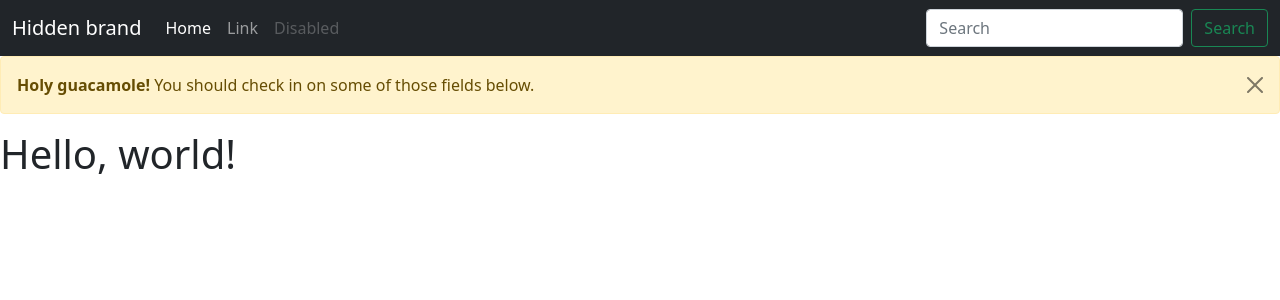
Repository: ritikalohia/Django-beginners-
Page: textutiles/templates/index.html
These files come from the project's save history. The page is drawn as it stood at one moment and after the next save; the edit follows.
The browser window is 1280 px wide. The pictures show the whole page.

Above is the page before, as saved 2021-05-22 19:32:49.

### textutiles/templates/index.html
<!doctype html>
<html lang="en">
  <head>
    <!-- Required meta tags -->
    <meta charset="utf-8">
    <meta name="viewport" content="width=device-width, initial-scale=1">

    <!-- Bootstrap CSS -->
    <link href="https://cdn.jsdelivr.net/npm/bootstrap@5.0.1/dist/css/bootstrap.min.css" rel="stylesheet" integrity="sha384-+0n0xVW2eSR5OomGNYDnhzAbDsOXxcvSN1TPprVMTNDbiYZCxYbOOl7+AMvyTG2x" crossorigin="anonymous">

    <title>i'mhere</title>
    </head>
    <body>
    <nav class="navbar navbar-expand-lg navbar-dark bg-dark">
    <div class="container-fluid">
    <button class="navbar-toggler" type="button" data-bs-toggle="collapse" data-bs-target="#navbarTogglerDemo01" aria-controls="navbarTogglerDemo01" aria-expanded="false" aria-label="Toggle navigation">
      <span class="navbar-toggler-icon"></span>
    </button>
    <div class="collapse navbar-collapse" id="navbarTogglerDemo01">
      <a class="navbar-brand" href="#">Hidden brand</a>
      <ul class="navbar-nav me-auto mb-2 mb-lg-0">
        <li class="nav-item">
          <a class="nav-link active" aria-current="page" href="#">Home</a>
        </li>
        <li class="nav-item">
          <a class="nav-link" href="#">Link</a>
        </li>
        <li class="nav-item">
          <a class="nav-link disabled" href="#" tabindex="-1" aria-disabled="true">Disabled</a>
        </li>
      </ul>
      <form class="d-flex">
        <input class="form-control me-2" type="search" placeholder="Search" aria-label="Search">
        <button class="btn btn-outline-success" type="submit">Search</button>
      </form>
    </div>
    </div>
    </nav>
    <div class="alert alert-warning alert-dismissible fade show" role="alert">
        <strong>Holy guacamole!</strong> You should check in on some of those fields below.
        <button type="button" class="btn-close" data-bs-dismiss="alert" aria-label="Close"></button>
    </div>
    <h1>Hello, world!</h1>

    <!-- Optional JavaScript; choose one of the two! -->

    <!-- Option 1: Bootstrap Bundle with Popper -->
    <script src="https://cdn.jsdelivr.net/npm/bootstrap@5.0.1/dist/js/bootstrap.bundle.min.js" integrity="sha384-gtEjrD/SeCtmISkJkNUaaKMoLD0//ElJ19smozuHV6z3Iehds+3Ulb9Bn9Plx0x4" crossorigin="anonymous"></script>

    <!-- Option 2: Separate Popper and Bootstrap JS -->
    <!--
    <script src="https://cdn.jsdelivr.net/npm/@popperjs/core@2.9.2/dist/umd/popper.min.js" integrity="sha384-IQsoLXl5PILFhosVNubq5LC7Qb9DXgDA9i+tQ8Zj3iwWAwPtgFTxbJ8NT4GN1R8p" crossorigin="anonymous"></script>
    <script src="https://cdn.jsdelivr.net/npm/bootstrap@5.0.1/dist/js/bootstrap.min.js" integrity="sha384-Atwg2Pkwv9vp0ygtn1JAojH0nYbwNJLPhwyoVbhoPwBhjQPR5VtM2+xf0Uwh9KtT" crossorigin="anonymous"></script>
    -->
  </body>
</html>

After the next save:
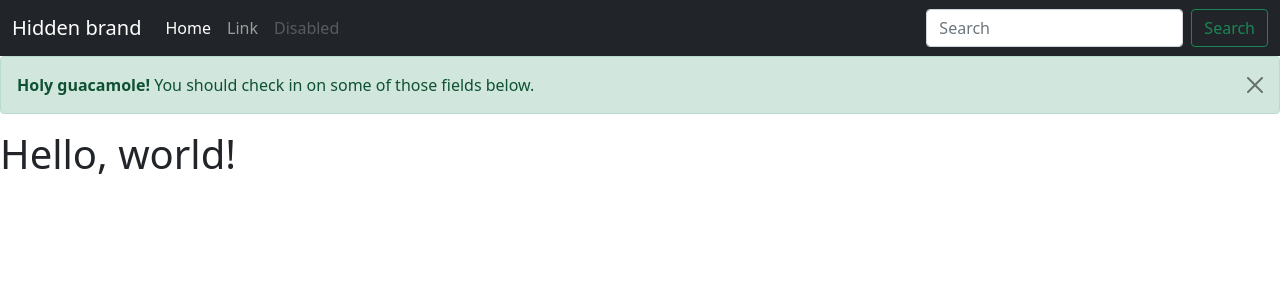
Saved 16 s later.
--- a/textutiles/templates/index.html
+++ b/textutiles/templates/index.html
@@ -36,7 +36,7 @@
     </div>
     </div>
     </nav>
-    <div class="alert alert-warning alert-dismissible fade show" role="alert">
+    <div class="alert alert-success alert-dismissible fade show" role="alert">
         <strong>Holy guacamole!</strong> You should check in on some of those fields below.
         <button type="button" class="btn-close" data-bs-dismiss="alert" aria-label="Close"></button>
     </div>
